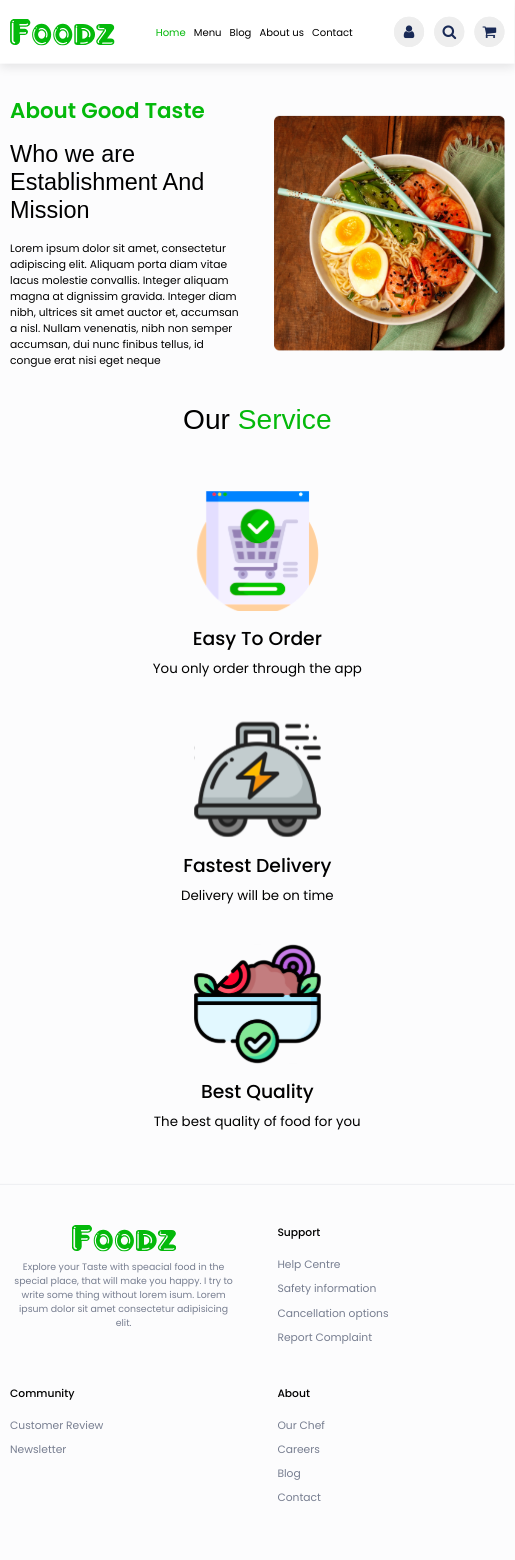
Repository: Toan3333/fooz
Page: assets/pages/about.html
These files come from the project's save history. The page is drawn as it stood at one moment and after the next save; the edit follows.
The browser window is 768 px wide. The pictures show the whole page, at 67% of full size.
Some web fonts or font styles are not loaded; a fallback is used.

Above is the page before, as saved 2023-06-11 11:29:50.

### assets/pages/about.html
<!DOCTYPE html>
<html lang="en">
  <head>
    <meta charset="UTF-8" />
    <meta http-equiv="X-UA-Compatible" content="IE=edge" />
    <meta name="viewport" content="width=device-width, initial-scale=1.0" />
    <title>About</title>
    <link rel="stylesheet" href="/assets/css/style.css" />
    <link rel="stylesheet" href="/assets/css/responsive.css" />
    <link
      href="https://fonts.googleapis.com/css?family=Poppins:100,100italic,200,200italic,300,300italic,regular,italic,500,500italic,600,600italic,700,700italic,800,800italic,900,900italic"
      rel="stylesheet"
    />
    <link
      href="https://fonts.googleapis.com/css?family=Alice:regular"
      rel="stylesheet"
    />
    <link
      rel="stylesheet"
      href="https://cdnjs.cloudflare.com/ajax/libs/font-awesome/4.7.0/css/font-awesome.min.css"
    />
  </head>
  <body>
    <div class="app">
      <!-- header -->
      <header class="header">
        <div class="container">
          <div class="header-main">
            <div class="header-logo">
              <img src="/assets/images/Logo.svg" alt="" />
            </div>
            <div class="header-menu">
              <ul class="header-nav">
                <li class="header-list">
                  <a href="#home" class="header-link active">Home</a>
                </li>
                <li class="header-list">
                  <a href="./assets/pages/menu.html" class="header-link"
                    >Menu</a
                  >
                </li>
                <li class="header-list">
                  <a href="./assets/pages/blog.html" class="header-link"
                    >Blog</a
                  >
                </li>
                <li class="header-list">
                  <a href="./assets/pages/about.html" class="header-link"
                    >About us</a
                  >
                </li>
                <li class="header-list">
                  <a href="./assets/pages/contact.html" class="header-link"
                    >Contact</a
                  >
                </li>
              </ul>
            </div>
            <div class="header-auth">
              <div class="header-icon">
                <a href="./assets/pages/login.html">
                  <i class="fa fa-user" aria-hidden="true"></i>
                </a>
                <a href="#">
                  <i class="fa fa-search" aria-hidden="true"></i>
                </a>
                <a href="./assets/pages/checkout.html">
                  <i class="fa fa-shopping-cart" aria-hidden="true"></i>
                </a>
              </div>
            </div>
            <div class="header__bar">
              <i class="fa fa-bars header__bar-icon" aria-hidden="true"></i>
            </div>
          </div>
        </div>
      </header>
      <!-- header end -->
      <section class="about__us">
        <div class="container">
          <div class="about__us-main">
            <div class="about__us-content">
              <h3 class="about__us-content-heading">About Good Taste</h3>
              <div class="about__us-content-title">
                Who we are Establishment And Mission
              </div>
              <p class="about__us-content-desc">
                Lorem ipsum dolor sit amet, consectetur adipiscing elit. Aliquam
                porta diam vitae lacus molestie convallis. Integer aliquam magna
                at dignissim gravida. Integer diam nibh, ultrices sit amet
                auctor et, accumsan a nisl. Nullam venenatis, nibh non semper
                accumsan, dui nunc finibus tellus, id congue erat nisi eget
                neque
              </p>
            </div>
            <div class="about__us-image">
              <img src="/assets/images/about-us-bg.png" alt="" />
            </div>
          </div>
        </div>
      </section>
      <section class="service__our">
        <div class="container">
          <h2 class="text-center__primary about-center">
            Our <span class="text-primary">Service</span>
          </h2>
          <div class="service__list">
            <div class="service__list-item">
              <div class="service__list-image">
                <img src="/assets/images/service-1.svg" alt="" />
              </div>
              <div class="service__list-title">Easy To Order</div>
              <div class="service__list-text">
                You only order through the app
              </div>
            </div>
            <div class="service__list-item">
              <div class="service__list-image">
                <img src="/assets/images/service-2.svg" alt="" />
              </div>
              <div class="service__list-title">Fastest Delivery</div>
              <div class="service__list-text">Delivery will be on time</div>
            </div>
            <div class="service__list-item">
              <div class="service__list-image">
                <img src="/assets/images/service-3.svg" alt="" />
              </div>
              <div class="service__list-title">Best Quality</div>
              <div class="service__list-text">
                The best quality of food for you
              </div>
            </div>
          </div>
        </div>
      </section>
      <footer class="footer">
        <div class="container">
          <div class="footer-list">
            <div class="footer-column">
              <div class="footer-center">
                <div class="footer-logo">
                  <img src="/assets/images/Logo.svg" alt="" />
                </div>
                <p class="footer-desc">
                  Explore your Taste with speacial food in the special place,
                  that will make you happy. I try to write some thing without
                  lorem isum. Lorem ipsum dolor sit amet consectetur adipisicing
                  elit.
                </p>
              </div>
            </div>
            <div class="footer-column">
              <h3 class="footer-title">Support</h3>
              <ul class="footer-menu">
                <li class="footer-item"><a href="#">Help Centre</a></li>
                <li class="footer-item"><a href="#">Safety information</a></li>
                <li class="footer-item">
                  <a href="#">Cancellation options</a>
                </li>
                <li class="footer-item"><a href="#">Report Complaint</a></li>
              </ul>
            </div>
            <div class="footer-column">
              <h3 class="footer-title">Community</h3>
              <ul class="footer-menu">
                <li class="footer-item"><a href="#">Customer Review</a></li>
                <li class="footer-item"><a href="#">Newsletter</a></li>
              </ul>
            </div>
            <div class="footer-column">
              <h3 class="footer-title">About</h3>
              <ul class="footer-menu">
                <li class="footer-item"><a href="#">Our Chef</a></li>
                <li class="footer-item"><a href="#">Careers</a></li>
                <li class="footer-item">
                  <a href="#">Blog</a>
                </li>
                <li class="footer-item"><a href="#">Contact</a></li>
              </ul>
            </div>
          </div>
        </div>
      </footer>
      <!-- loader -->
      <!-- <div class="loader-container">
        <img src="./assets/images/loader.gif" alt="" />
      </div> -->
      <!-- loader end -->
    </div>
  </body>
</html>

### assets/css/responsive.css
@media screen and (min-width: 1024px) {
  .hero-title {
    font-size: 50px;
    line-height: 58px;
  }
  .hero-desc {
    font-size: 20px;
  }
  .service-title {
    font-size: 22px;
  }
}
/* Tablet */
@media screen and (max-width: 1023.98px) {
  .header-nav {
    gap: 12px;
  }
  .header-link {
    font-size: 15px;
  }
  .header-icon {
    gap: 15px;
  }
  .hero-main {
    gap: 30px;
  }
  .hero {
    padding: 50px 0;
  }
  .hero-title {
    font-size: 37px;
    line-height: 48px;
    margin-bottom: 15px;
  }
  .hero-desc {
    font-size: 18px;
    line-height: 26px;
  }
  .button-primary {
    font-size: 15px;
  }
  .hero-list {
    gap: 4px;
  }
  .hero-info {
    padding: 20px 25px;
  }
  .hero-number {
    font-size: 20px;
  }
  .hero-text {
    font-size: 16px;
    line-height: 22px;
  }
  .service {
    padding: 50px 0;
  }
  .text-center__primary {
    font-size: 42px;
    line-height: 52px;
  }
  .service-list {
    margin-top: 50px;
    grid-template-columns: repeat(2, 1fr);
    grid-gap: 30px;
  }
  .service-item {
    padding: 30px 25px;
  }
  .about {
    padding: 50px 0;
  }
  .about-main {
    gap: 40px;
  }
  .about-info {
    gap: 20px;
  }
  .about-name {
    font-size: 18px;
    line-height: 24px;
  }
  .about-desc {
    font-size: 16px;
  }
  .special {
    padding: 50px 0;
  }
  .special-center {
    max-width: 500px;
  }
  .text-bottom {
    font-size: 18px;
    line-height: 28px;
  }
  .special-list {
    margin-top: 50px;
    grid-template-columns: repeat(2, 1fr);
  }
  .special-title {
    font-size: 24px;
    line-height: 30px;
  }
  .special-price {
    font-size: 32px;
  }
  .form-main {
    gap: 40px;
  }
  .form-container {
    gap: 8px;
  }
  .blog {
    padding: 50px 0;
  }
  .blog-list {
    grid-template-columns: repeat(2, 1fr);
  }
  .footer-list {
    grid-template-columns: repeat(2, 1fr);
    grid-gap: 60px;
  }
  .footer-menu {
    gap: 12px;
  }
  .our-blog {
    padding: 50px 0;
  }
  .our-blog__main {
    flex-direction: column;
  }
  .our-blog__list__image {
    width: 100%;
  }
  .our-blog__list__image img {
    width: 100%;
  }
  .our-blog__heading {
    margin-bottom: 12px;
  }
  .our-blog__post {
    width: 100%;
    max-width: unset;
  }
  .all-blog__list {
    flex-direction: column;
  }
  .all-blog__left {
    max-width: unset;
    gap: 20px;
  }
  .about__us {
    padding: 50px 0;
  }
  .about__us-main {
    gap: 50px;
  }
  .about__us-content {
    max-width: 600px;
  }
  .about__us-content-heading {
    font-size: 32px;
    line-height: 40px;
    margin-bottom: 24px;
  }
  .about__us-content-title {
    font-size: 35px;
    line-height: 42px;
    margin-bottom: 24px;
  }
  .service__list {
    grid-template-columns: repeat(1, 1fr);
  }
}
/* Iphone */
@media screen and (max-width: 767.98px) {
  /* .header-menu {
    display: none;
  } */
  .header-nav {
    position: fixed;
    right: 0;
    top: 0;
    bottom: 0;
    background-color: white;
    transform: translateX(100%);
    will-change: transform;
    transition: all 0.2s linear;
    width: 300px;
    border-left: 1px solid #eee;
    z-index: 99;
    flex-direction: column;
    align-items: stretch;
    padding-top: 60px;
    gap: 10px 0;
  }
  .header-nav.is-show {
    transform: translateX(0);
  }
  .header-list {
    padding: 20px;
  }
  .header-icon {
    display: none;
  }
  .header__bar {
    display: block;
    font-size: 22px;
    color: var(--primary-color);
    cursor: pointer;
  }
  .hero {
    padding: 40px 0;
  }
  .hero-main {
    flex-direction: column;
  }
  .hero-title {
    font-size: 30px;
    line-height: 35px;
    margin-bottom: 10px;
  }
  .hero-desc {
    font-size: 16px;
  }
  .hero-cta {
    margin-bottom: 40px;
  }
  .hero-info {
    padding: 15px 20px;
  }
  .hero-number {
    line-height: 35px;
    font-size: 18px;
  }
  .service {
    padding: 40px 0;
  }
  .text-center__primary {
    font-size: 33px;
    line-height: 40px;
  }
  .service-list {
    margin-top: 30px;
    grid-template-columns: repeat(1, 1fr);
    grid-gap: 12px;
  }
  .service-item {
    padding: 15px;
  }
  .service-title {
    font-size: 18px;
    line-height: 28px;
  }
  .service-icon {
    margin-bottom: 14px;
  }
  .about {
    padding: 40px 0;
  }
  .about-center {
    max-width: 280px;
  }
  .about-main {
    flex-direction: column;
  }
  .text-center__primary {
    font-size: 28px;
    line-height: 32px;
  }
  .about-name {
    font-size: 17px;
  }
  .about-info {
    gap: 15px;
  }
  .about-desc {
    font-size: 15px;
    line-height: 24px;
  }
  .text-bottom {
    font-size: 16px;
  }
  .special {
    padding: 40px 0;
  }
  .special-list {
    grid-template-columns: repeat(1, 1fr);
  }
  .special-item {
    padding: 20px 25px;
  }
  .special-price {
    font-size: 28px;
  }
  .button-primary {
    padding: 8px 10px;
    font-size: 12px;
    line-height: 20px;
  }
  .form-main {
    flex-direction: column;
  }
  .form-field input {
    padding: 8px;
  }
  .form-price {
    margin-bottom: 15px;
  }
  .form-meal__select select {
    padding: 10px 12px 10px 12px;
  }
  .form-field textarea {
    padding: 10px;
  }
  .tab {
    grid-template-columns: repeat(1, 1fr);
    grid-gap: 10px;
  }
  .tab-item {
    border-bottom: 1px solid #eee;
    font-size: 14px;
    padding: 8px;
  }
  .tab-item img {
    width: 28px;
    height: 28px;
  }
  .blog {
    padding: 50px 0;
  }
  .blog-list {
    grid-template-columns: repeat(1, 1fr);
  }
  .footer-list {
    grid-template-columns: repeat(1, 1fr);
    grid-gap: 20px;
  }
  .footer-title {
    margin-bottom: 12px;
  }
  .our-blog__items {
    flex-direction: column;
  }
  .our-blog__list__image {
    max-width: unset;
  }
  .our-blog__title {
    font-size: 18px;
    line-height: 26px;
  }
  .our-blog__text {
    margin-bottom: 24px;
  }
  .our-blog__heading {
    font-size: 20px;
    line-height: 28px;
  }
  .all-blog {
    padding: 50px 0;
  }
  .all-blog__list {
    gap: 24px;
  }
}

Loaded but not shown: assets/css/style.css (1369 lines, source omitted)

After the next save:
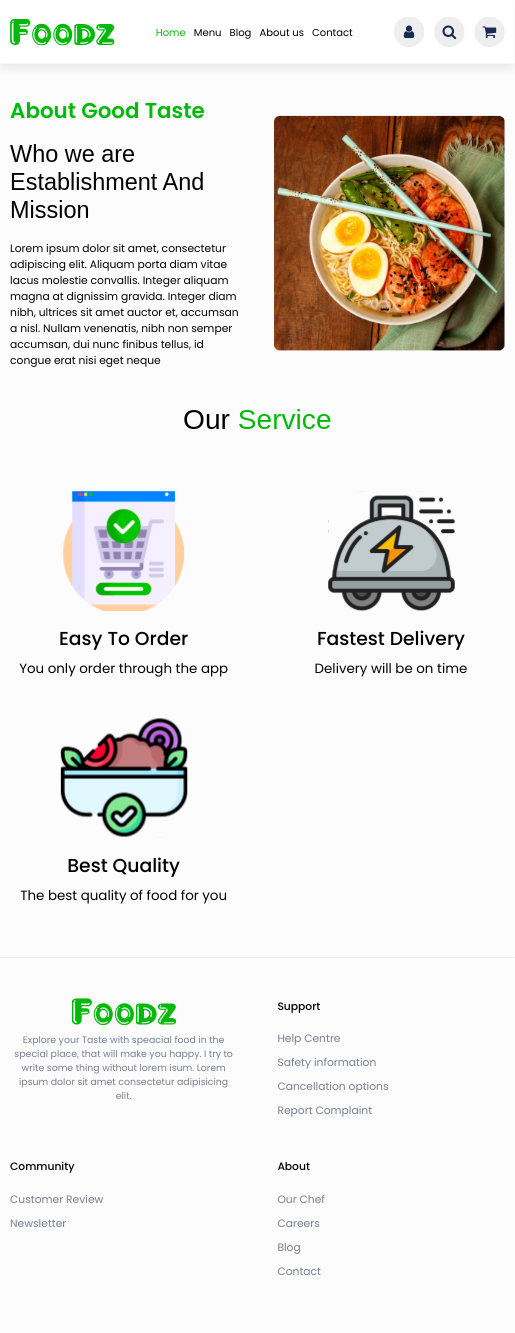
Saved 11 s later.
--- a/assets/css/responsive.css
+++ b/assets/css/responsive.css
@@ -169,7 +169,7 @@
     margin-bottom: 24px;
   }
   .service__list {
-    grid-template-columns: repeat(1, 1fr);
+    grid-template-columns: repeat(2, 1fr);
   }
 }
 /* Iphone */
